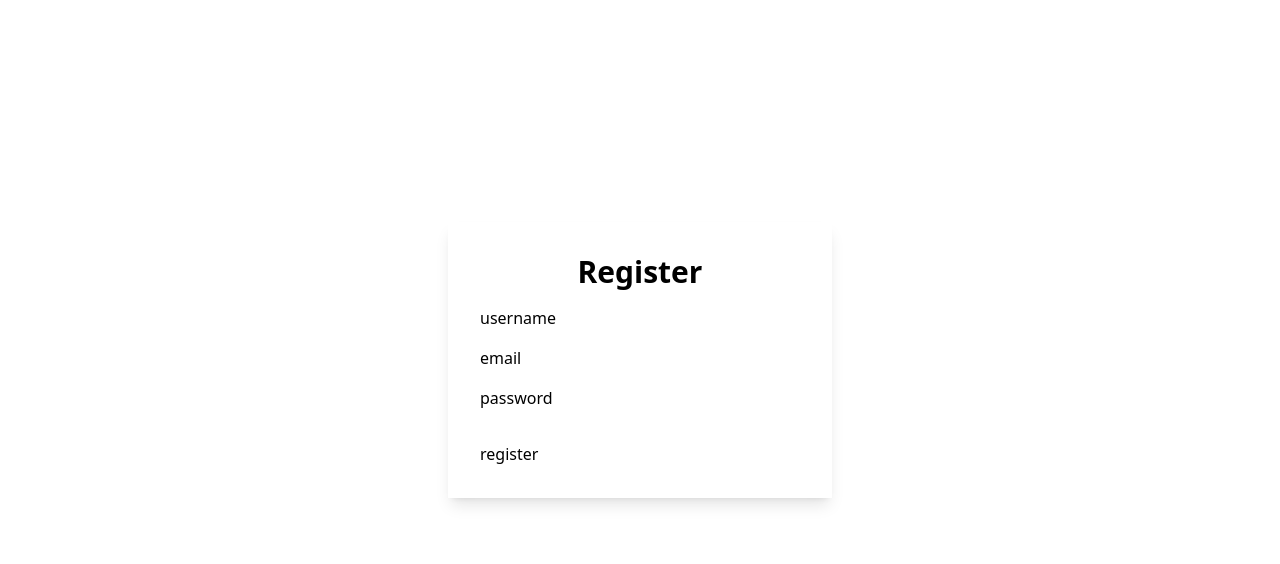
Repository: dydals3440/cool-store
Page: /register
These files come from the project's save history. The page is drawn as it stood at one moment and after the next save; the edit follows.
The browser window is 1280 px wide. The pictures show the whole page.
The project was rebuilt for these pictures with package versions that can differ from the ones it lists, and the page was loaded fresh each time. Also part of the build but not shown: vite.config.js, src/pages/About.jsx, src/pages/Cart.jsx, src/pages/Checkout.jsx, src/pages/Error.jsx, src/pages/HomeLayout.jsx, src/pages/Landing.jsx, src/pages/Login.jsx and 2 more. Imported but missing from the stored project, and not drawn on this page: src/pages/Orders.

Above is the page before, as saved 2023-09-17 21:52:43.

After the next save:
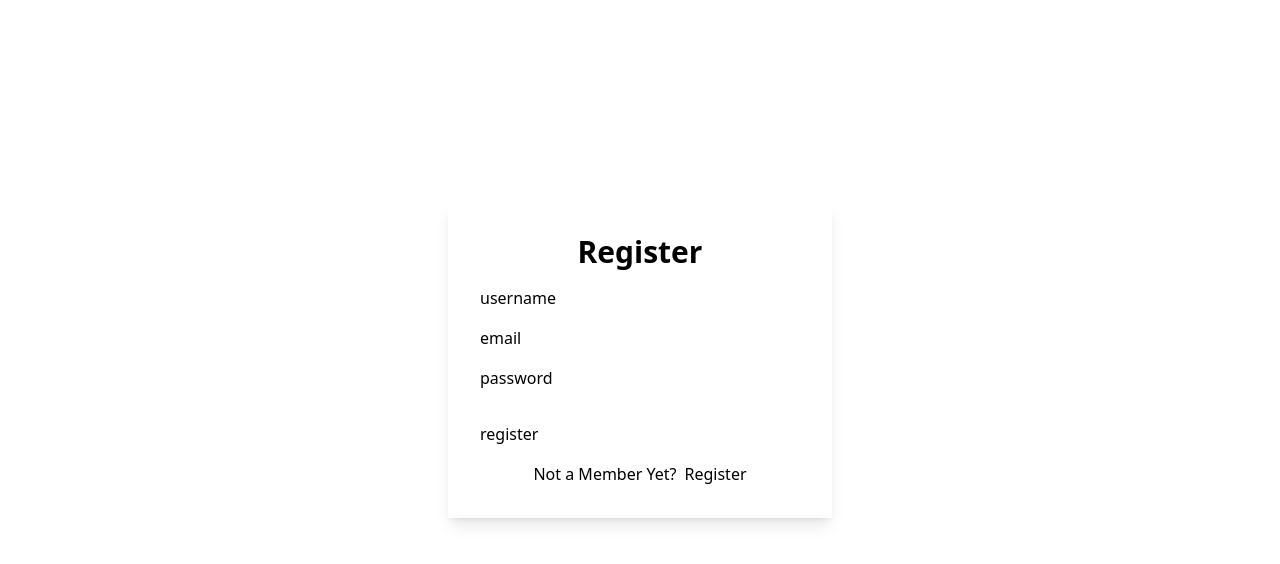
Saved 6 min 56 s later.
--- a/src/pages/Register.jsx
+++ b/src/pages/Register.jsx
@@ -15,6 +15,15 @@ const Register = () => {
         <div className='mt-4'>
           <SubmitBtn text='register' />
         </div>
+        <p className='text-center'>
+          Not a Member Yet?
+          <Link
+            to='/register'
+            className='ml-2 link link-hover link-primary capitalize'
+          >
+            register
+          </Link>
+        </p>
       </Form>
     </section>
   );
